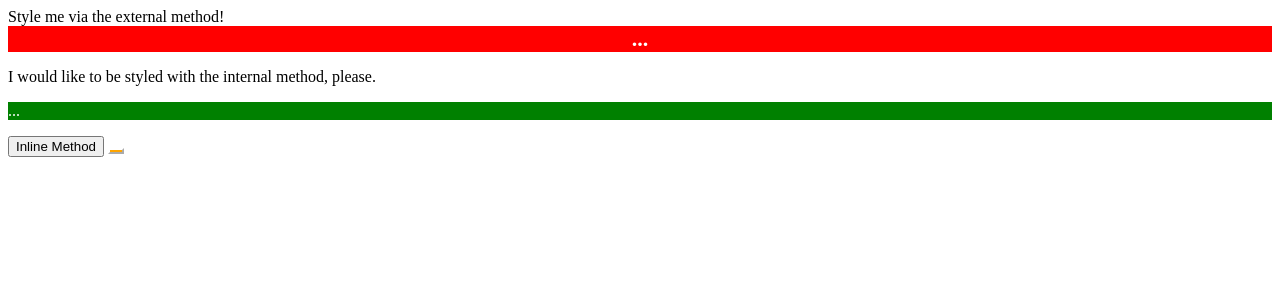
Repository: mnhardy1504/odin-recipes1
Page: repos/css-exercises/foundations/01-css-methods/index.html
These files come from the project's save history. The page is drawn as it stood at one moment and after the next save; the edit follows.
The browser window is 1280 px wide. The pictures show the whole page.

Above is the page before, as saved 2023-08-22 18:21:48.

### repos/css-exercises/foundations/01-css-methods/index.html
<!DOCTYPE html>
<html lang="en">
  <head>
    <meta charset="UTF-8">
    <meta http-equiv="X-UA-Compatible" content="IE=edge">
    <meta name="viewport" content="width=device-width, initial-scale=1.0">
    <title>Methods for Adding CSS</title>
  </head>
  <body>
    <div>Style me via the external method!</div>
    <div style= "color: white; background-color: red; font-weight: bold; text-align: center; font-size: 22px;">...</div>
    <p>I would like to be styled with the internal method, please.</p>
    <p style= " color: white; background-color: green;">...</p>
    <button>Inline Method</button>
    <button style= "color: black; background-color: orange; border-color: white;"></button>
  </body>
</html>

After the next save:
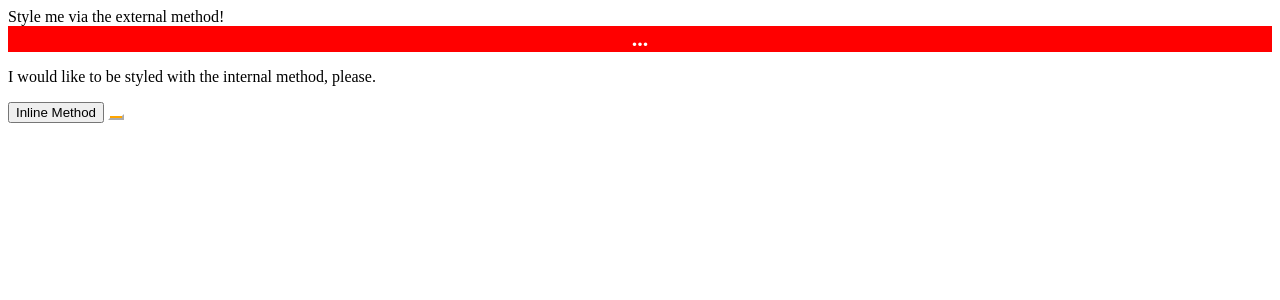
Saved 32 s later.
--- a/repos/css-exercises/foundations/01-css-methods/index.html
+++ b/repos/css-exercises/foundations/01-css-methods/index.html
@@ -10,7 +10,7 @@
     <div>Style me via the external method!</div>
     <div style= "color: white; background-color: red; font-weight: bold; text-align: center; font-size: 22px;">...</div>
     <p>I would like to be styled with the internal method, please.</p>
-    <p style= " color: white; background-color: green;">...</p>
+    <p style= " color: white; background-color: green;"></p>
     <button>Inline Method</button>
     <button style= "color: black; background-color: orange; border-color: white;"></button>
   </body>

After the save that followed:
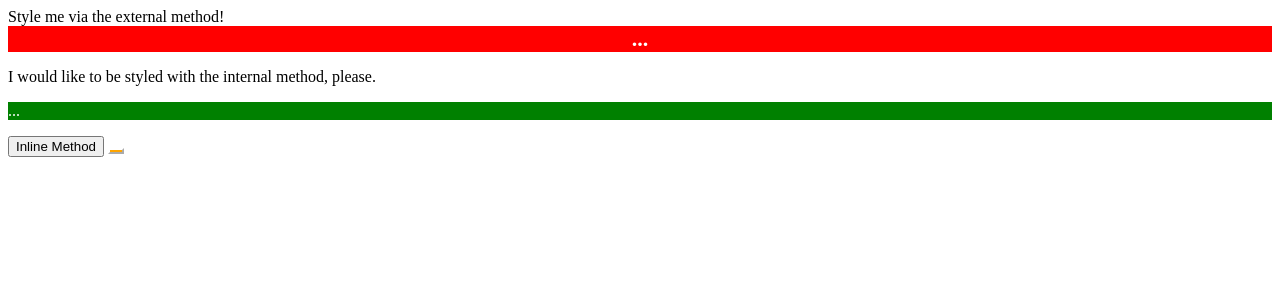
Saved 25 s later.
--- a/repos/css-exercises/foundations/01-css-methods/index.html
+++ b/repos/css-exercises/foundations/01-css-methods/index.html
@@ -10,7 +10,7 @@
     <div>Style me via the external method!</div>
     <div style= "color: white; background-color: red; font-weight: bold; text-align: center; font-size: 22px;">...</div>
     <p>I would like to be styled with the internal method, please.</p>
-    <p style= " color: white; background-color: green;"></p>
+    <p style= " color: white; background-color: green;">...</p>
     <button>Inline Method</button>
     <button style= "color: black; background-color: orange; border-color: white;"></button>
   </body>
